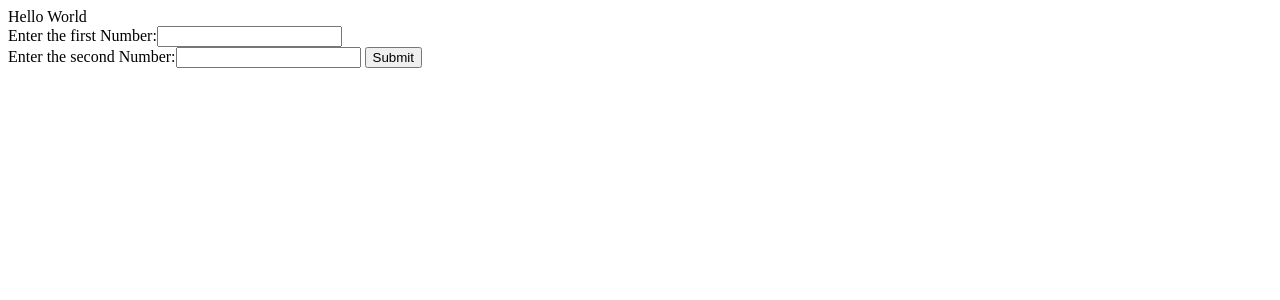
Repository: eyueltafesse/myFirstRepo
Page: servlet/servletdemo/WebContent/index.html
The author's editor kept a copy of each file at every save. The page is drawn from the files as they stood at one save, then again after the next save.
The browser window is 1280 px wide. The pictures show the whole page.

Above is the page before, as saved 2021-04-05 02:14:32.

### servlet/servletdemo/WebContent/index.html
<!DOCTYPE html>
<html>
<body>
Hello World

  <form action="">

  Enter the first Number:<input type="text" name="num1"><br>
  Enter the second Number:<input type="text" name="num2">
  <input type="submit">

  </form>

</body>
</html>

After the next save:
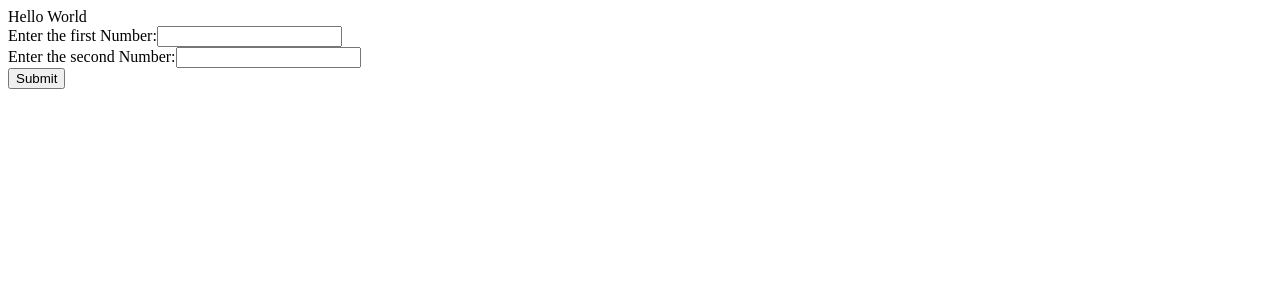
Saved 14 s later.
--- a/servlet/servletdemo/WebContent/index.html
+++ b/servlet/servletdemo/WebContent/index.html
@@ -6,7 +6,7 @@ Hello World
   <form action="">
 
   Enter the first Number:<input type="text" name="num1"><br>
-  Enter the second Number:<input type="text" name="num2">
+  Enter the second Number:<input type="text" name="num2"><br>
   <input type="submit">
 
   </form>
